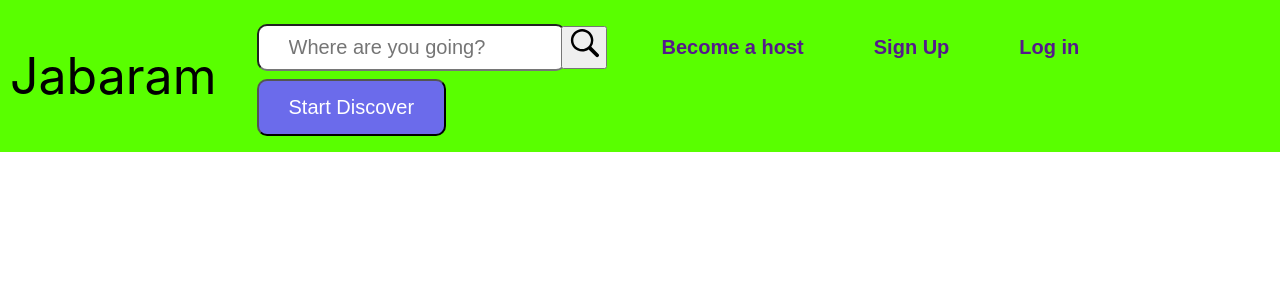
Repository: manahiang/Jabaram-web
Page: / (app in src/)
An editor plug-in stored every save of this project. The page is shown before and after a run of saves, followed by the edit.
The browser window is 1280 px wide. The pictures show the whole page.
The project was rebuilt for these pictures with package versions that can differ from the ones it lists, and the page was loaded fresh each time. Also part of the build but not shown: src/src/App.css.

Above is the page before, as saved 2022-11-30 10:11:25.

After the next 3 saves:
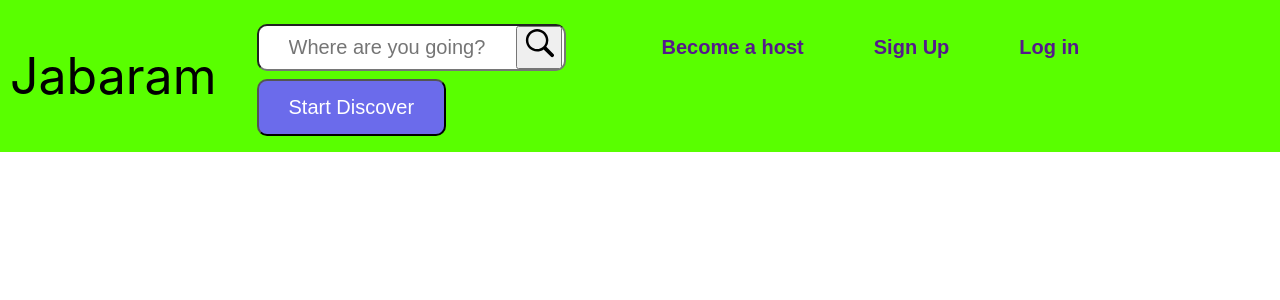
The 3 saves are shown as one change because they came seconds apart.
The last was saved 10 s later.
--- a/src/src/index.css
+++ b/src/src/index.css
@@ -65,7 +65,7 @@ code {
 }
 .button-search{
   font-size: 30px;
-  transform: translate(-5px,5px);
+  transform: translate(-50px,5px);
 }
 /* Logo */
 
